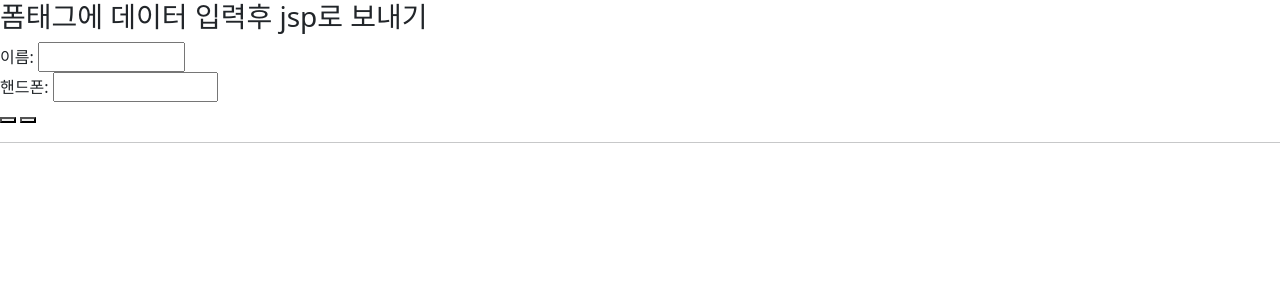
Repository: jini8293/Sist_04
Page: jspwork/jspProject/src/main/webapp/day0305/form_ex1.html
An editor plug-in stored every save of this project. The page is shown before and after the next save, followed by the edit.
The browser window is 1280 px wide. The pictures show the whole page.
Some web fonts or font styles are not loaded; a fallback is used.

Above is the page before, as saved 2024-03-05 06:32:17.

After the next save:
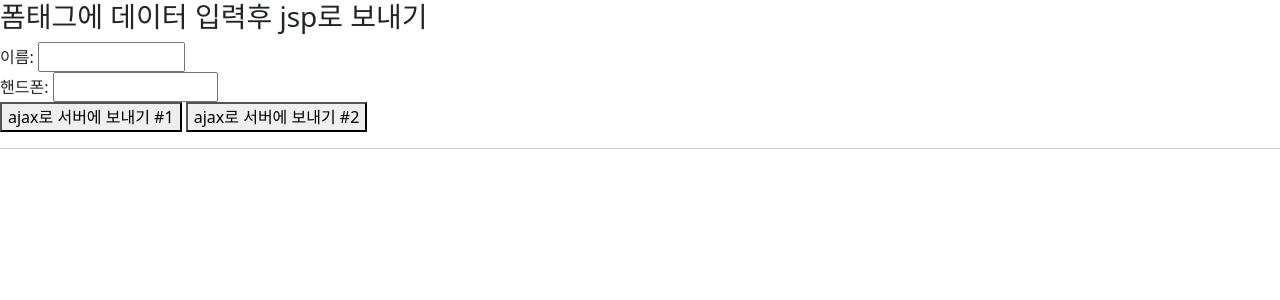
Saved 70 s later.
--- a/jspwork/jspProject/src/main/webapp/day0305/form_ex1.html
+++ b/jspwork/jspProject/src/main/webapp/day0305/form_ex1.html
@@ -17,10 +17,17 @@
 	이름: <input type="text" id="name" size="10"><br>
 	핸드폰: <input type="text" id="hp" size="12"><br>
 
-	<button type="button" ></button>
-	<button></button>
+	<button type="button" id="btn1">ajax로 서버에 보내기 #1</button>
+	<button type="button" id="btn2">ajax로 서버에 보내기 #2</button>
 	<hr>
 	<div id="show"></div>
 
+	<script type="text/javascript">
+
+		$("#btn1").click(function() {
+
+		});
+	</script>
+
 </body>
 </html>
